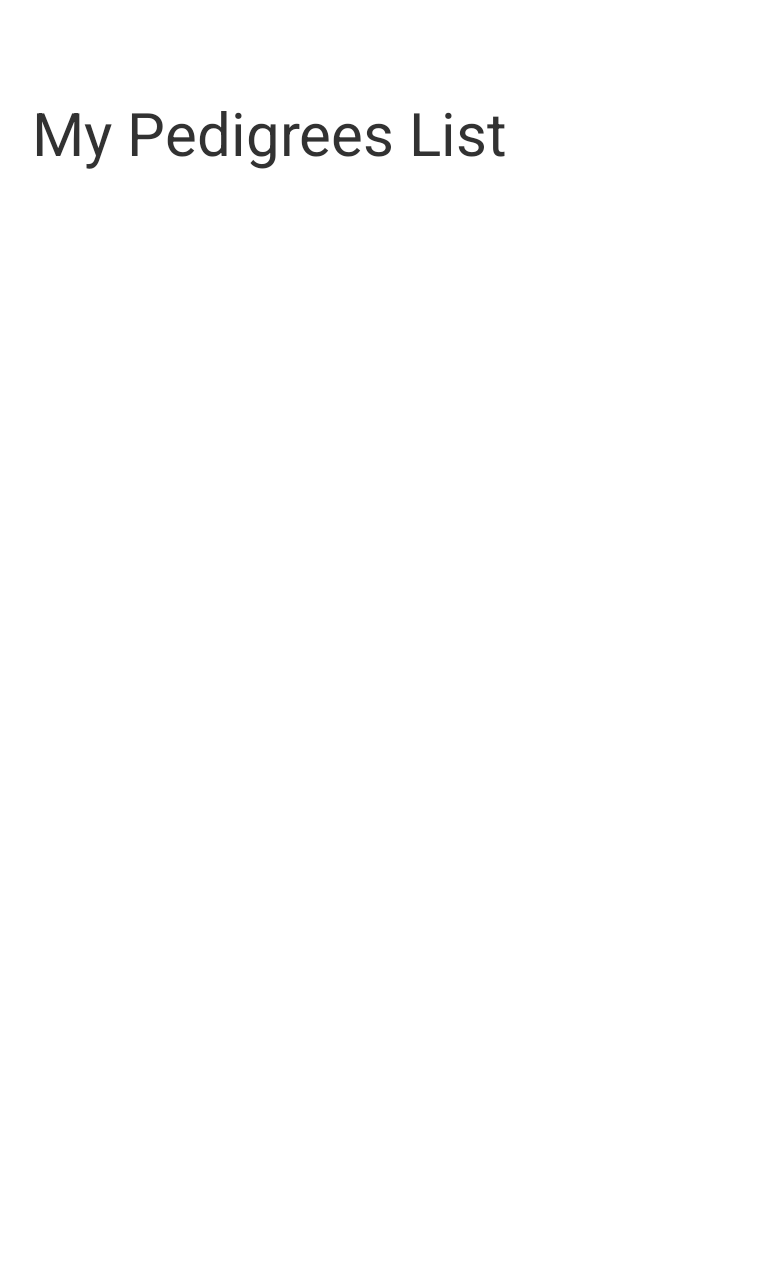
Repository: ivanbuhov/FamilyAndroidClient
Layout: Family/res/layout/activity_my_pedigrees.xml
These files come from the project's save history. The layout is drawn as it stood at one moment and after the next save; the edit follows.
It is drawn on a 768 x 1280 px phone screen (xhdpi) without system bars, with theme AppTheme; the app's code is not run. Lists and similar views that code fills are empty. The app's manifest (not shown) leaves right-to-left support off. So textAlignment, textDirection and layoutDirection are ignored, and left and right values win over start and end ones.

Above is the layout before, as saved 2013-11-19 12:16:40.

### Family/res/layout/activity_my_pedigrees.xml
<merge xmlns:android="http://schemas.android.com/apk/res/android"
    xmlns:tools="http://schemas.android.com/tools"
    android:layout_width="match_parent"
    android:layout_height="match_parent"
    android:paddingBottom="@dimen/activity_vertical_margin"
    android:paddingLeft="@dimen/activity_horizontal_margin"
    android:paddingRight="@dimen/activity_horizontal_margin"
    android:paddingTop="@dimen/activity_vertical_margin"
    tools:context=".MyPedigreesActivity" >


    <!-- Progress bar for the activity -->
    <ProgressBar
        	android:id="@+id/progress_my_pedigrees"
            android:layout_width="match_parent"
            android:layout_height="wrap_content"
            android:indeterminateOnly="true"
            android:layout_margin="10dp"
            android:focusable="true"
            style="?android:attr/progressBarStyleHorizontal"
            android:visibility="gone" />

    <TextView
        android:layout_width="match_parent"
		android:layout_height="wrap_content"
		android:textSize="30sp"
		android:textAlignment="center"
		android:layout_marginTop="30dp"
		android:text="@string/my_pedigrees_list_title" />

    <!-- Content -->
    <ListView android:id="@+id/content_my_pedigrees"
              android:layout_height="wrap_content"
              android:layout_width="match_parent"
              android:paddingTop="30dp"
              android:paddingBottom="30dp"
              android:paddingLeft="10dp"
              android:paddingRight="10dp" />



</merge>

### Family/res/values/strings.xml
<?xml version="1.0" encoding="utf-8"?>
<resources>

    <!-- Common strings -->
    <string name="yes">Yes</string>
    <string name="no">No</string>
    <string name="cancel">Cancel</string>
    <string name="update">Update</string>
    <string name="add">Add</string>
    <string name="refresh">Refresh</string>
    <string name="save">Save</string>
    <string name="data_saved">Data saved</string>

    <!-- Titles and names -->
    <string name="app_name">Family</string>
    <string name="title_activity_settings">Settings</string>
    <string name="title_activity_my_pedigrees">My Pedigrees</string>
    <string name="title_activity_register">Register</string>

    <!-- Menu items -->
    <string name="menu_item_settings">Settings</string>
    <string name="menu_item_login">Login/Register</string>
    <string name="menu_item_my_pedigrees">My Pedigrees</string>
    <string name="menu_item_add_pedigree">Add Pedigree</string>

    <!-- Preferences -->
    <!-- Preferences Header -->
    <string name="pref_header_title_account">Account</string>
    <string name="pref_header_title_others">Others</string>

    <!-- Preferences Titles -->
    <string name="pref_key_online_mode">online_mode</string>
    <string name="pref_title_online_mode">Online mode</string>
    <string name="pref_key_update_if_not_updated_more_than">update_frequency</string>
    <string name="pref_title_update_if_not_updated_more_than">Update if not updated more than:</string>
    <string name="pref_summary_update_if_not_updated_more_than">If you try to read data and it has been updated
    	    before less than the specified amount of time, the data will be updated again.</string>

    <!-- Alerts -->
    <string name="alert_title_registration_failed">Registration failed</string>
    <string name="alert_title_login_failed">Login failed</string>
    <string name="alert_title_loading_data_failed">Loading data failed</string>
    <string name="alert_title_deletion_failed">Failed to remove the item</string>
    <string name="alert_title_update_failed">Failed to update the item</string>
    <string name="alert_title_addition_failed">Failed to add the item</string>

    <!-- Login Activity -->
    <string name="prompt_username">Username</string>
    <string name="prompt_password">Password</string>
    <string name="register_button_text"><b>Register</b></string>
    <string name="login_button_text"><b>Login</b></string>
    <string name="action_login">Login</string>
    <string name="progressing_text">Loading&#8230;</string>
    <string name="error_short_username">The username must be no shorter than 5 characters</string>
    <string name="error_long_username">The username must be no longer than 30 characters</string>
    <string name="error_short_password">The password must be no shorter than 5 characters</string>
    <string name="error_long_password">The password must be no longer than 30 characters</string>
    <string name="error_field_required">This field is required</string>

    <!-- My Pedigrees Activity -->
    <string name="hello_world">Hello world!</string>
    <string name="progress_my_pedigrees_text">Loading pedigrees</string>
    <string name="delete_message_pedigree">Are you sure you want to delete this pedigree and all people in it?</string>
    <string name="context_menu_view">View</string>
    <string name="context_menu_edit">Edit</string>
    <string name="context_menu_delete">Delete</string>
    <string name="edit_pedigree_title">Title:</string>
    <string name="add_pedigree_title">Add new pedigree</string>
    <string name="my_pedigrees_list_title">My Pedigrees List</string>

    <!-- Pedigree Activity -->
    <string name="title_activity_pedigree">Pedigree</string>
    <string name="action_settings">Settings</string>
    <string name="anonymous_display_name">Unknown</string>
    <string name="no_people_message">No person selected</string>
    <string name="people_list">People list</string>

    <!-- Edit Person Activity -->
    <string name="title_activity_edit_person">Edit Person</string>

    <string name="label_display_name">Display Name:</string>
    <string name="label_first_name">First Name:</string>
    <string name="label_middle_name">Middle Name:</string>
    <string name="label_last_name">Last Name:</string>
    <string name="label_nickname">Nickname:</string>
    <string name="label_email">Email:</string>
    <string name="label_birth_date">Birth date:</string>
    <string name="label_is_alive">Is alive:</string>
    <string name="label_alive">Alive</string>
    <string name="label_dead">Dead</string>
    <string name="label_gender">Gender:</string>
    <string name="label_male">Male</string>
    <string name="label_female">Female</string>
    <string name="label_address">Address:</string>
    <string name="label_profession">Profession:</string>

    <string name="hint_display_name">The name to be displayed in the application</string>
    <string name="hint_first_name">The first name</string>
    <string name="hint_middle_name">The middle name</string>
    <string name="hint_last_name">The last(family) name</string>
    <string name="hint_nickname">A nickname of the person</string>
    <string name="hint_email">Email address</string>
    <string name="hint_address">The region where the person lives</string>
    <string name="hint_profession">Profession(occupation)</string>

</resources>

Loaded but not shown: Family/res/values/styles.xml (common file); Family/res/values-v11/styles.xml (common file); Family/res/values-v14/styles.xml (common file); Family/res/values/dimens.xml (common file)

After the next save:
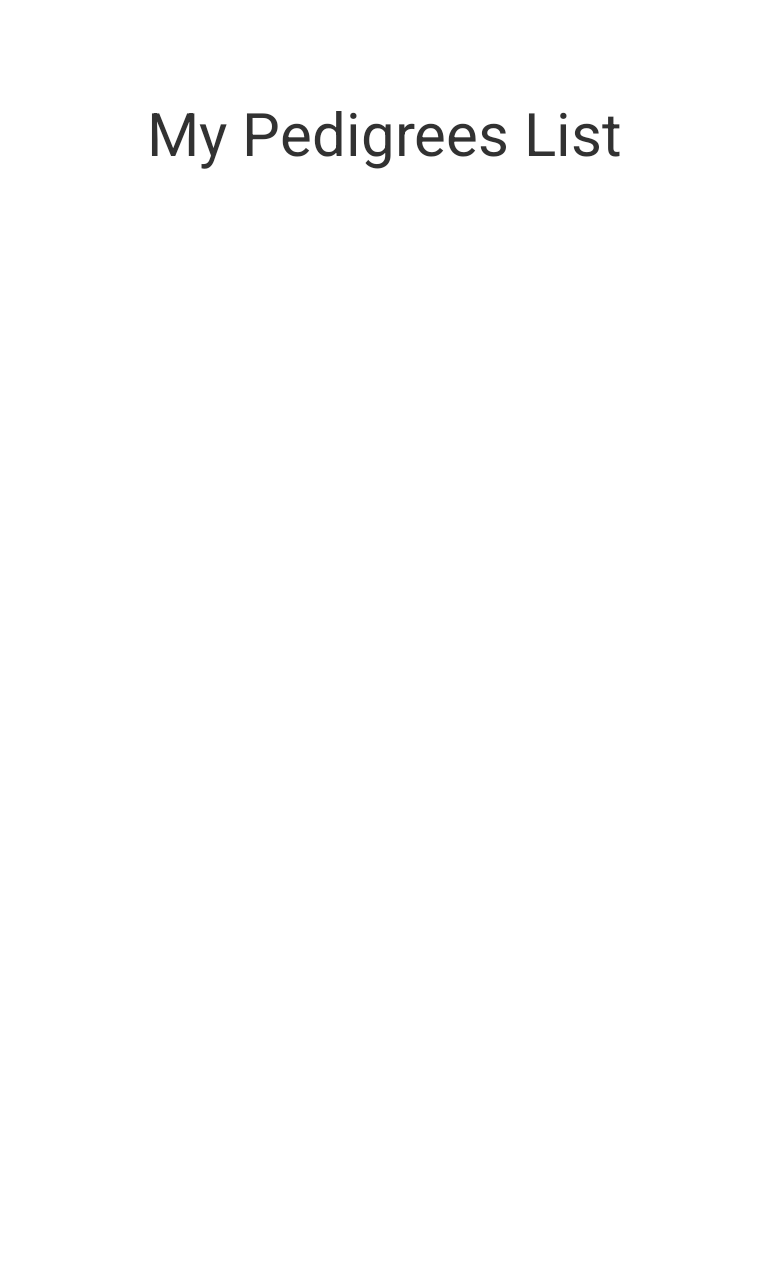
Saved 104 s later.
--- a/Family/res/layout/activity_my_pedigrees.xml
+++ b/Family/res/layout/activity_my_pedigrees.xml
@@ -24,7 +24,7 @@
         android:layout_width="match_parent"
 		android:layout_height="wrap_content"
 		android:textSize="30sp"
-		android:textAlignment="center"
+		android:gravity="center_horizontal"
 		android:layout_marginTop="30dp"
 		android:text="@string/my_pedigrees_list_title" />
 
